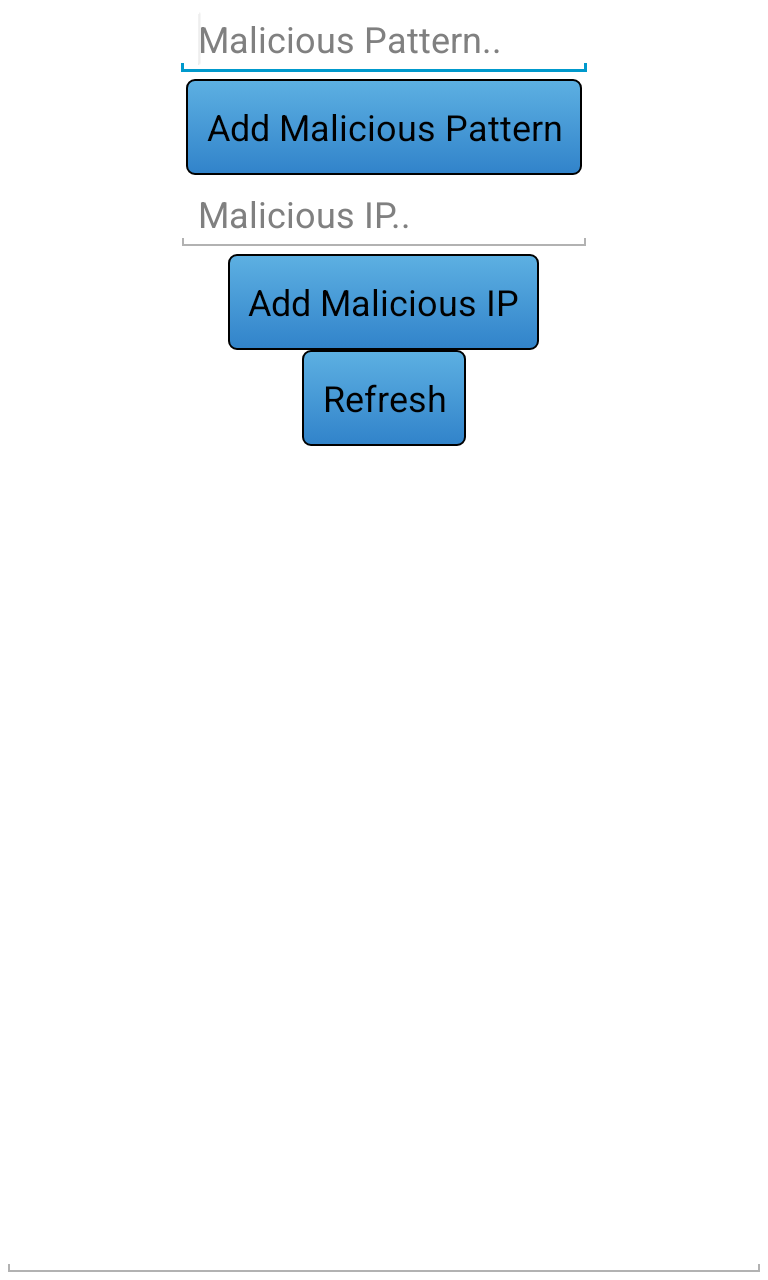
Repository: ArisKots1992/Software-Development
Layout: Anaptiksi Logismikou/Anaptiksi Logismikou/AdminClientApplication/res/layout/forth_tab.xml
An editor plug-in stored every save of this project. The layout is shown before and after the next save, followed by the edit.
It is drawn on a 768 x 1280 px phone screen (xhdpi) without system bars, with theme AppTheme; the app's code is not run.

Above is the layout before, as saved 2015-01-20 00:14:33.

After the next save:
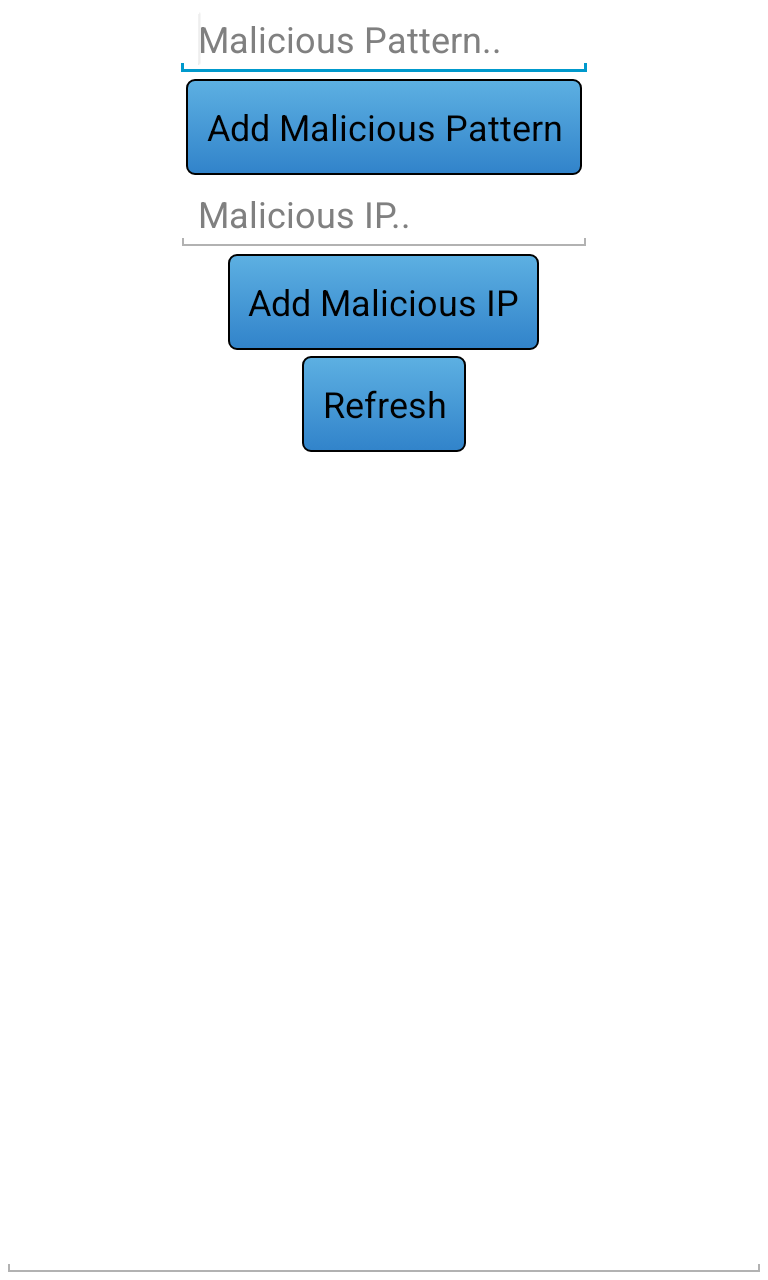
Saved 11 s later.
--- a/Anaptiksi Logismikou/Anaptiksi Logismikou/AdminClientApplication/res/layout/forth_tab.xml
+++ b/Anaptiksi Logismikou/Anaptiksi Logismikou/AdminClientApplication/res/layout/forth_tab.xml
@@ -38,6 +38,7 @@
 
     <Button
         android:id="@+id/button1"
+        android:layout_marginTop="3dp"
         android:layout_width="wrap_content"
         android:layout_height="wrap_content"
         android:text="Refresh"
